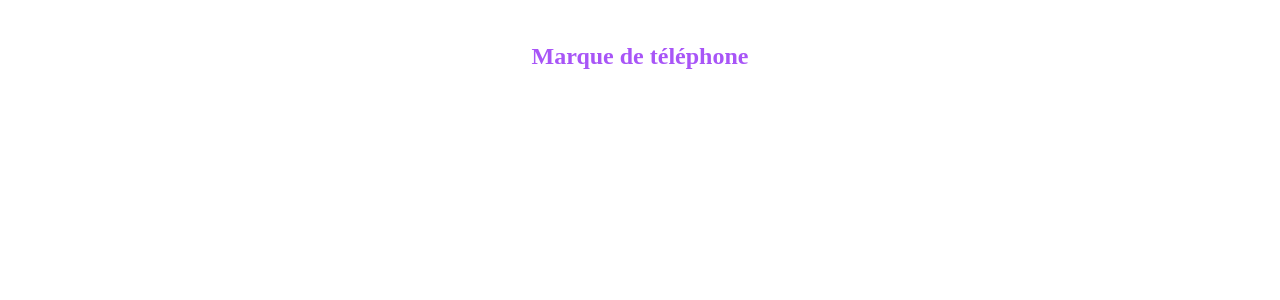
Repository: darlino/gotyu_shopify_section
Page: product_select220223/index.html
The author's editor kept a copy of each file at every save. The page is drawn from the files as they stood at one save, then again after the next save.
The browser window is 1280 px wide. The pictures show the whole page.
Some web fonts or font styles are not loaded; a fallback is used. Some web libraries are served in a nearby version.

Above is the page before, as saved 2023-02-22 18:13:51.

### product_select220223/index.html
<!DOCTYPE html>
<html lang="en">
  <head>
    <meta charset="UTF-8" />
    <meta http-equiv="X-UA-Compatible" content="IE=edge" />
    <meta name="viewport" content="width=device-width, initial-scale=1.0" />
    <title>Document</title>
    <script src="https://cdn.tailwindcss.com"></script>
    <link rel="preconnect" href="https://fonts.googleapis.com" />
    <link rel="preconnect" href="https://fonts.gstatic.com" crossorigin />
    <link
      href="https://fonts.googleapis.com/css2?family=Gloock&display=swap"
      rel="stylesheet"
    />
    <link rel="stylesheet" href="style.css" />
  </head>
  <body>
    <section id="product_select220223">
      <div class="flex flex-col max-w-[1300px] h-screen mx-auto">
        <div
          class="flex flex-col space-y-8 mx-auto justify-center items-center p-10"
        >
          <p class="text-2xl font-bold text-left text-purple-500">
            Marque de téléphone
          </p>
        </div>
      </div>
    </section>
  </body>
</html>

### product_select220223/style.css
* {
  margin: 0;
  padding: 0;
  font-family: "Gloock", serif;
}

#product_select220223 {
  width: 100%;
  height: auto;
}

After the next save:
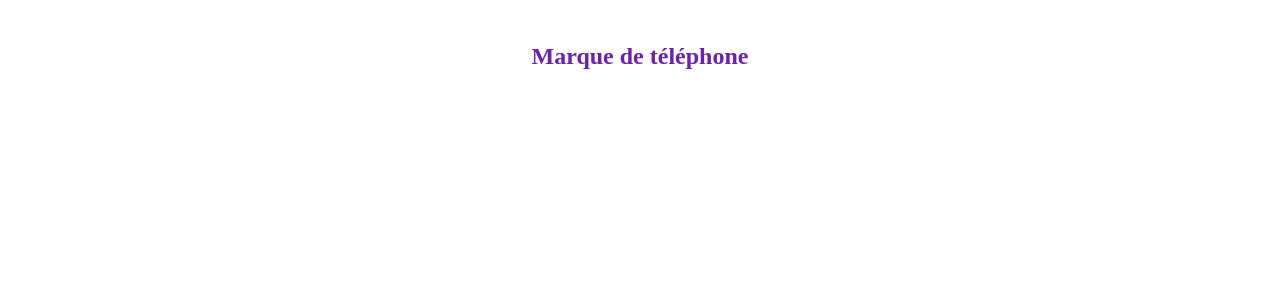
Saved 6 s later.
--- a/product_select220223/index.html
+++ b/product_select220223/index.html
@@ -20,7 +20,7 @@
         <div
           class="flex flex-col space-y-8 mx-auto justify-center items-center p-10"
         >
-          <p class="text-2xl font-bold text-left text-purple-500">
+          <p class="text-2xl font-bold text-left text-purple-800">
             Marque de téléphone
           </p>
         </div>
